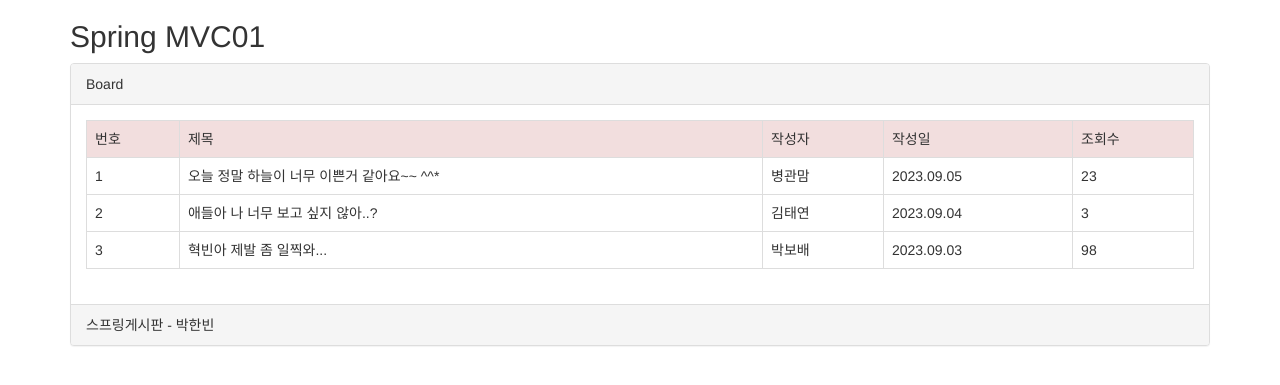
Repository: hanbinpark/Spring
Page: http://localhost/SpringMVC01/
An editor plug-in stored every save of this project. The page is shown before and after the next save, followed by the edit.
The browser window is 1280 px wide. The pictures show the whole page.
The page is served by Tomcat 9. Other server files are loaded and not shown.

Above is the page before, as saved 2023-09-05 02:13:49.

### SpringMVC01/src/main/webapp/WEB-INF/views/boardList.jsp
<%@ page language="java" contentType="text/html; charset=UTF-8"
    pageEncoding="UTF-8"%>
<%@ taglib prefix="c" uri="http://java.sun.com/jsp/jstl/core" %>
<!DOCTYPE html>
<html>
<head>
<meta charset="UTF-8">
<title>Insert title here</title>
<link rel="stylesheet" href="https://maxcdn.bootstrapcdn.com/bootstrap/3.4.1/css/bootstrap.min.css">
<script src="https://ajax.googleapis.com/ajax/libs/jquery/3.6.4/jquery.min.js"></script>
<script src="https://maxcdn.bootstrapcdn.com/bootstrap/3.4.1/js/bootstrap.min.js"></script>
</head>
<body>
	<div class="container">
	  <h2>Spring MVC01</h2>
	  <div class="panel panel-default">
	    <div class="panel-heading">Board</div>
	    <div class="panel-body">
			<table class="table table-bordered table-hover">
				<tr class="danger">
					<td>번호</td>
					<td>제목</td>
					<td>작성자</td>
					<td>작성일</td>
					<td>조회수</td>
				</tr>

				<tr>
					<td>1</td>
					<td>오늘 정말 하늘이 너무 이쁜거 같아요~~ ^^*</td>
					<td>병관맘</td>
					<td>2023.09.05</td>
					<td>23</td>
				</tr>
				<tr>
					<td>2</td>
					<td>애들아 나 너무 보고 싶지 않아..?</td>
					<td>김태연</td>
					<td>2023.09.04</td>
					<td>3</td>
				</tr>
				<tr>
					<td>3</td>
					<td>혁빈아 제발 좀 일찍와...</td>
					<td>박보배</td>
					<td>2023.09.03</td>
					<td>98</td>
				</tr>
			</table>
		</div>
	    <div class="panel-footer">스프링게시판 - 박한빈</div>
	  </div>
	</div>
</body>
</html>

After the next save:
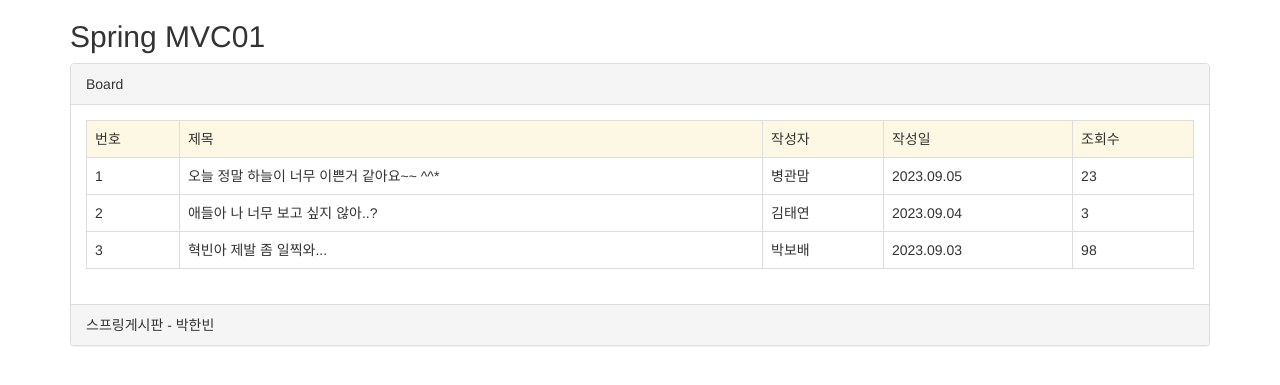
Saved 19 s later.
--- a/SpringMVC01/src/main/webapp/WEB-INF/views/boardList.jsp
+++ b/SpringMVC01/src/main/webapp/WEB-INF/views/boardList.jsp
@@ -17,7 +17,7 @@
 	    <div class="panel-heading">Board</div>
 	    <div class="panel-body">
 			<table class="table table-bordered table-hover">
-				<tr class="danger">
+				<tr class="warning">
 					<td>번호</td>
 					<td>제목</td>
 					<td>작성자</td>
